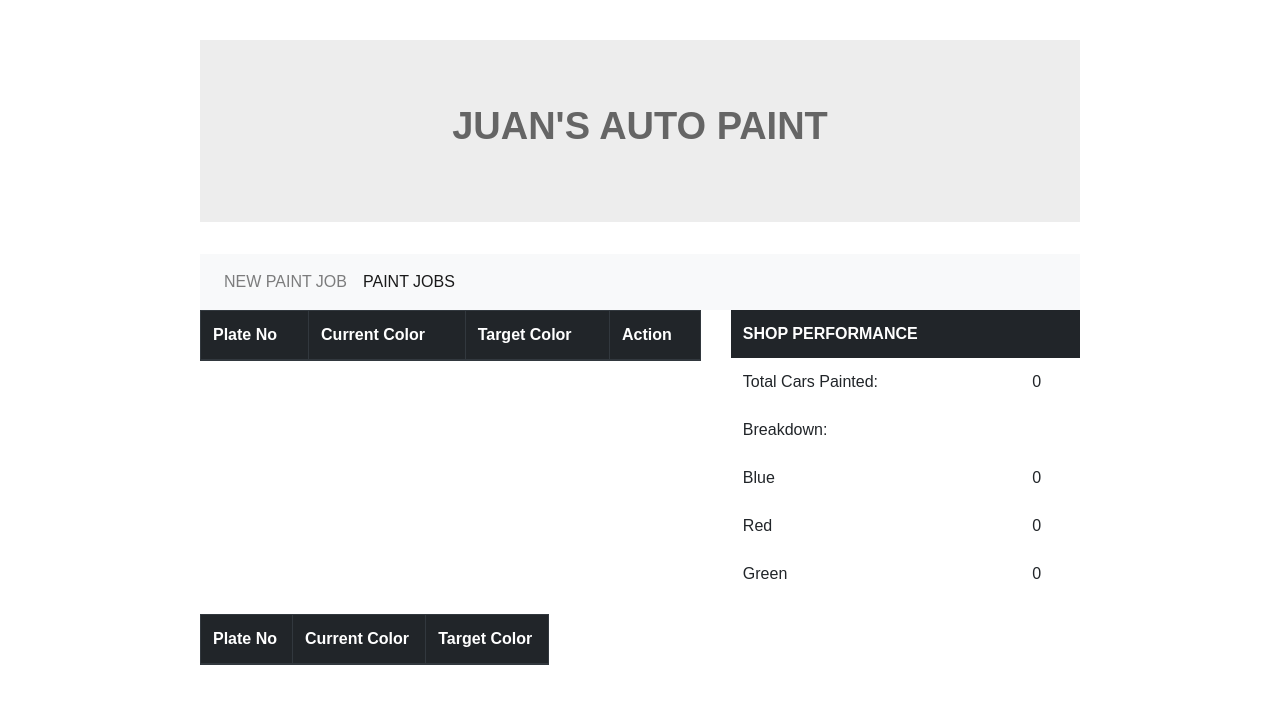
Repository: soycaringal/paint-job
Page: http://localhost/jobs
An editor plug-in stored every save of this project. The page is shown before and after the next save, followed by the edit.
The browser window is 1280 px wide. The pictures show the whole page.
The page is served by the project's Laravel application, run on PHP 8.4 with Laravel 8. Queries for data that is not in the repository find no rows.

Above is the page before, as saved 2020-02-23 17:07:14.

After the next save:
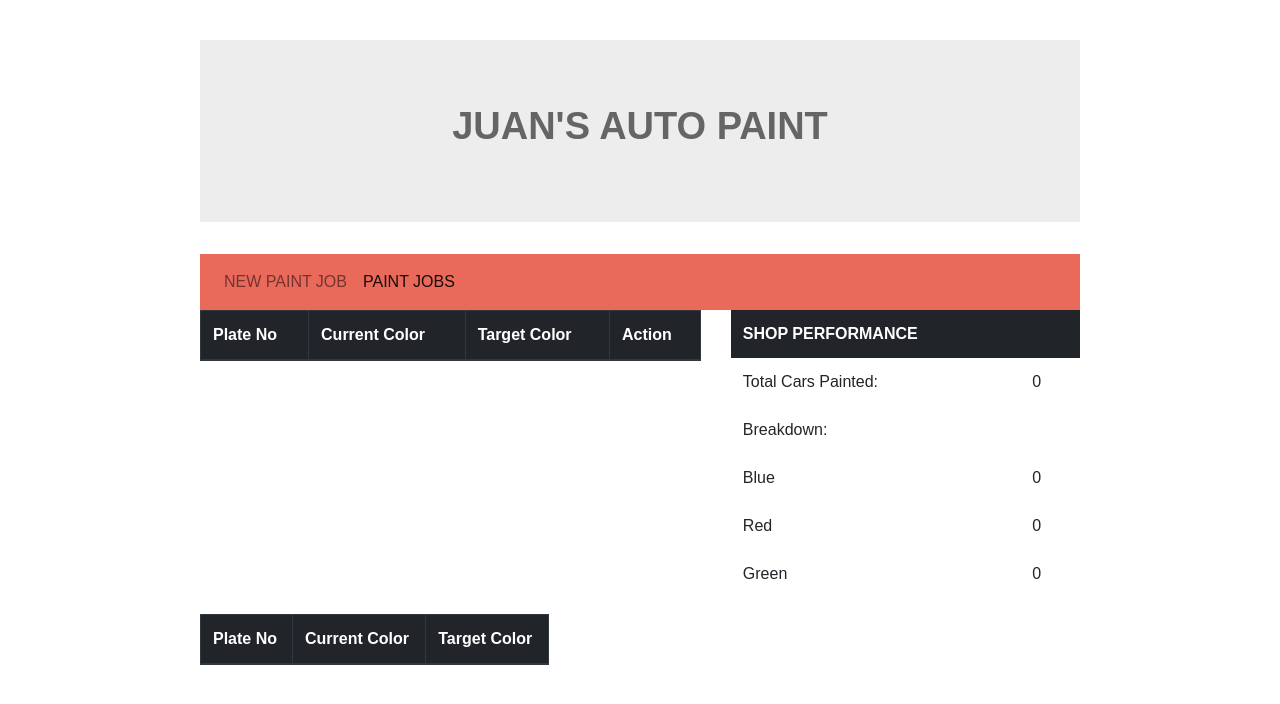
Saved 13 s later.
--- a/resources/views/layouts/app.blade.php
+++ b/resources/views/layouts/app.blade.php
@@ -22,7 +22,7 @@
                 <div class="jumbotron text-center">
                     <h1>Juan's Auto Paint</h1>
                 </div>
-                <nav class="navbar navbar-expand-lg navbar-light bg-light">
+                <nav class="navbar navbar-expand-lg navbar-light">
                     <div class="collapse navbar-collapse" id="navbarText">
                         <ul class="navbar-nav mr-auto">
                             <li class="nav-item {{ Route::is('home') ? 'active' : '' }}">
